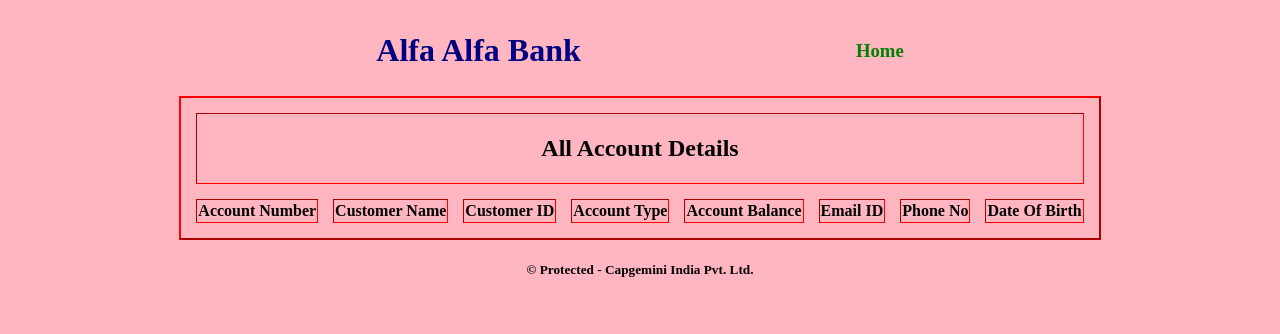
Repository: Rccalfa123/OnlineBankingApp
Page: http://localhost/AlfaAlfaBankApp/viewAllCustomers.jsp
The author's editor kept a copy of each file at every save. The page is drawn from the files as they stood at one save, then again after the next save.
The browser window is 1280 px wide. The pictures show the whole page.
The page is served by Tomcat 9. Other server files are loaded and not shown. The template is opened directly, without the code that normally fills it, so the values that code supplies are empty.

Above is the page before, as saved 2018-08-13 07:17:30.

### AlfaAlfaBankApp/WebContent/viewAllCustomers.jsp
<%@ page language="java" contentType="text/html; charset=ISO-8859-1"
    pageEncoding="ISO-8859-1"%>
<%@taglib prefix="alfa" uri="http://java.sun.com/jsp/jstl/core"%>
<!DOCTYPE html>
<html>
<head>

<link rel="stylesheet" type="text/css" href="mystyle.css">

<meta charset="ISO-8859-1">
<title>View All Customers</title>
</head>
<body>
<jsp:include page="header.jsp"></jsp:include>

		<form action="home.jsp" method="get">

			<div>
				<table cellspacing="15" align="center" border="2">
					<tr>
						<th colspan="9" height="35"><h2>All Account Details</h2></th>
					</tr>
					<tr>
						<th height="20">Account Number</th>
						<th height="20">Customer Name</th>
						<th height="20">Customer ID</th>
						<th height="20">Account Type</th>
						<th height="20">Account Balance</th>
						<th height="20">Email ID</th>
						<th height="20">Phone No</th>
						<th height="20">Date Of Birth</th>
					</tr>

					<alfa:forEach var="BankAccounts" items="${sessionScope.BankAccounts}">
						<tr>
							<td align="center">${BankAccounts.accountNumber}</td>
							<td align="center">${BankAccounts.accountHolder.customerName}</td>
							<td align="center">${BankAccounts.accountHolder.customerId}</td>
							<td align="center">${BankAccounts.accountType}</td>
							<td align="center">${BankAccounts.accountBalance}</td>
							<td align="center">${BankAccounts.accountHolder.emailId}</td>
							<td align="center">${BankAccounts.accountHolder.contactNumber}</td>
							<td align="center">${BankAccounts.accountHolder.dateOfBirth}</td>
							<td align="center" colspan="2"><a
								href="removenew.app?bookId=${booksInCart.bookObject.bookId}"> Update </a></td>
						</tr>
					</alfa:forEach>
				</table>
			</div>

		</form>
	<jsp:include page="footer.html"></jsp:include>

</body>
</html>

### AlfaAlfaBankApp/WebContent/header.jsp
<%@taglib prefix="jstl" uri="http://java.sun.com/jsp/jstl/core" %>
<div align="center">
 <table>
 <tr> <th><h1>Alfa Alfa Bank</h1> </th>
    <th align="right"><h3> <a href="home.jsp">&nbsp&nbsp&nbsp&nbsp&nbsp&nbsp&nbsp&nbsp&nbsp&nbsp&nbsp&nbsp&nbsp&nbsp&nbsp&nbsp&nbsp&nbsp&nbsp&nbsp&nbsp&nbsp&nbsp&nbsp&nbsp&nbsp&nbsp&nbsp&nbsp&nbsp&nbsp&nbsp&nbsp&nbsp&nbsp&nbsp&nbsp&nbsp&nbsp&nbsp&nbsp&nbsp&nbsp&nbsp&nbsp&nbsp&nbsp&nbsp&nbsp&nbsp&nbsp&nbsp&nbsp&nbsp&nbsp&nbsp&nbsp&nbspHome</a> </h3></th><tr>
</table>
</div>

### AlfaAlfaBankApp/WebContent/footer.html
<div align="center">
<h5>&copy; Protected - Capgemini India Pvt. Ltd.</h5>
</div>

### AlfaAlfaBankApp/WebContent/mystyle.css
@charset "ISO-8859-1";

body {
    background-color: lightpink;
}

h1 {
    color: navy;
}

td{

 font-family: sans-serif;

}

table {
	border-color: red;
	border-right: 2px 2px 2px 2px ;
}

a{
	text-decoration: none;
	color: green;
}

After the next save:
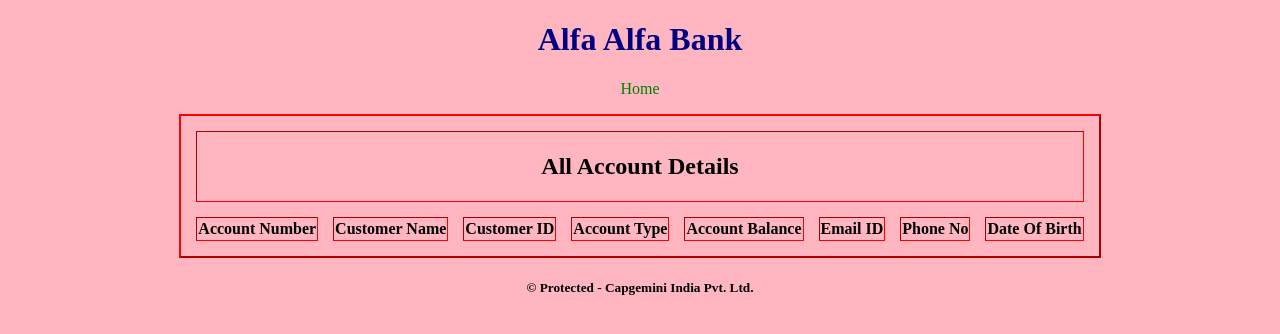
Saved 66 s later.
--- a/AlfaAlfaBankApp/WebContent/header.jsp
+++ b/AlfaAlfaBankApp/WebContent/header.jsp
@@ -1,7 +1,5 @@
 <%@taglib prefix="jstl" uri="http://java.sun.com/jsp/jstl/core" %>
 <div align="center">
- <table>
- <tr> <th><h1>Alfa Alfa Bank</h1> </th>
-    <th align="right"><h3> <a href="home.jsp">&nbsp&nbsp&nbsp&nbsp&nbsp&nbsp&nbsp&nbsp&nbsp&nbsp&nbsp&nbsp&nbsp&nbsp&nbsp&nbsp&nbsp&nbsp&nbsp&nbsp&nbsp&nbsp&nbsp&nbsp&nbsp&nbsp&nbsp&nbsp&nbsp&nbsp&nbsp&nbsp&nbsp&nbsp&nbsp&nbsp&nbsp&nbsp&nbsp&nbsp&nbsp&nbsp&nbsp&nbsp&nbsp&nbsp&nbsp&nbsp&nbsp&nbsp&nbsp&nbsp&nbsp&nbsp&nbsp&nbsp&nbsp&nbspHome</a> </h3></th><tr>
-</table>
+	<h1>Alfa Alfa Bank</h1>
+	<p><a  href="home.jsp">Home</a>
 </div>
